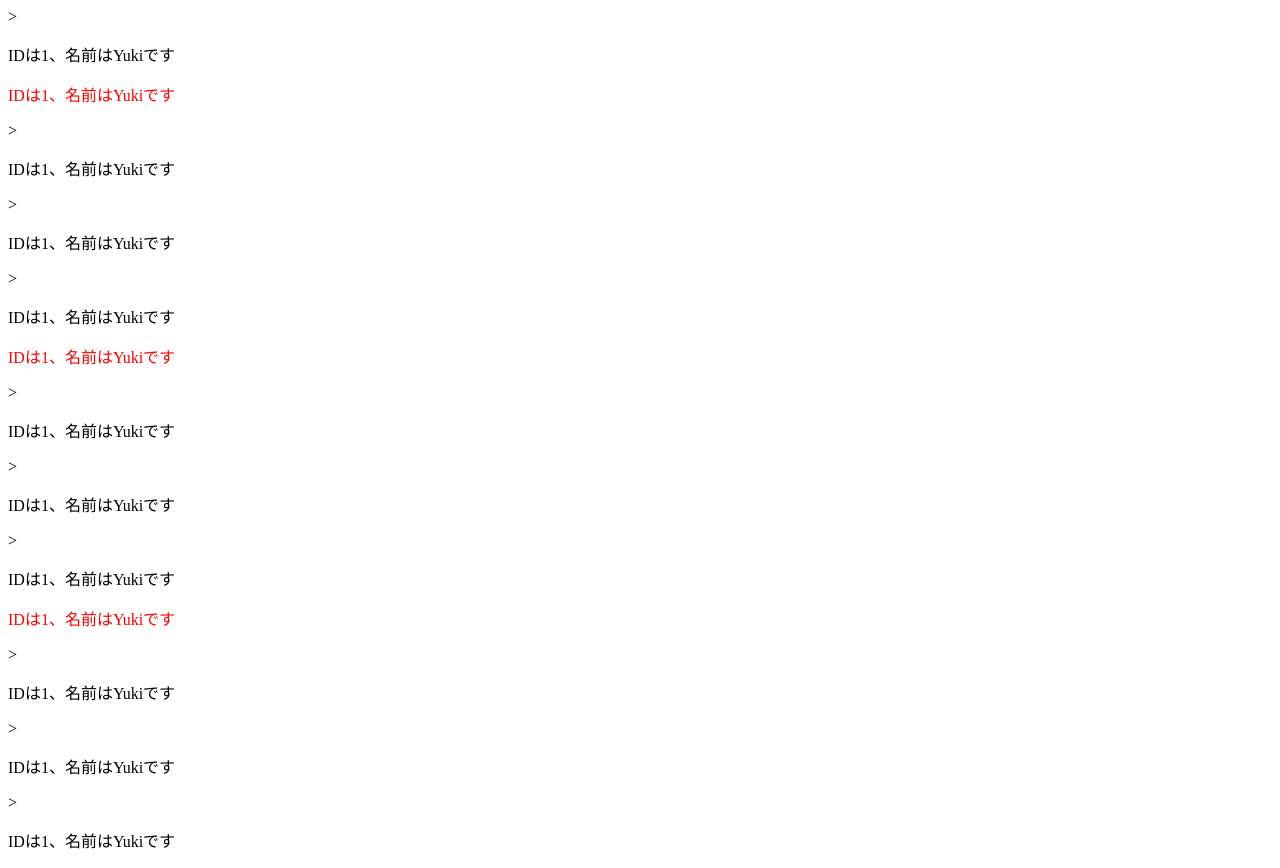
Repository: sakku-14/sukkiri_servlet
Page: http://localhost/lucky/ex.jsp
An editor plug-in stored every save of this project. The page is shown before and after the next save, followed by the edit.
The browser window is 1280 px wide. The pictures show the whole page.
The page is served by Tomcat 9. Other server files are loaded and not shown.

Above is the page before, as saved 2021-10-17 23:16:32.

### lucky/src/main/webapp/ex.jsp
<%@page import="ex.Employee"%>
<%@ page language="java" contentType="text/html; charset=UTF-8"
    pageEncoding="UTF-8"%>

<%
	Employee emp = new Employee("1", "Yuki");
%>

<!DOCTYPE html>
<html>
<head>
<meta charset="UTF-8">
<title>Insert title here</title>
</head>
<body>
<% for(int i = 0; i < 10; i++) { %>
<% if (i % 3 == 1) { %>
<p style="color:red;">IDは<%= emp.getId() %>、名前は<%= emp.getName() %>です</p>
<% } %>>
<p>IDは<%= emp.getId() %>、名前は<%= emp.getName() %>です</p>
<% } %>
</body>
</html>

### lucky/src/main/java/ex/Employee.java
package ex;

public class Employee {
	private String id;
	private String name;
	public Employee(String id, String name) {
		this.id = id;
		this.name = name;
	}
	public String getId() {return id;}
	public String getName() {return name;}
}

After the next save:
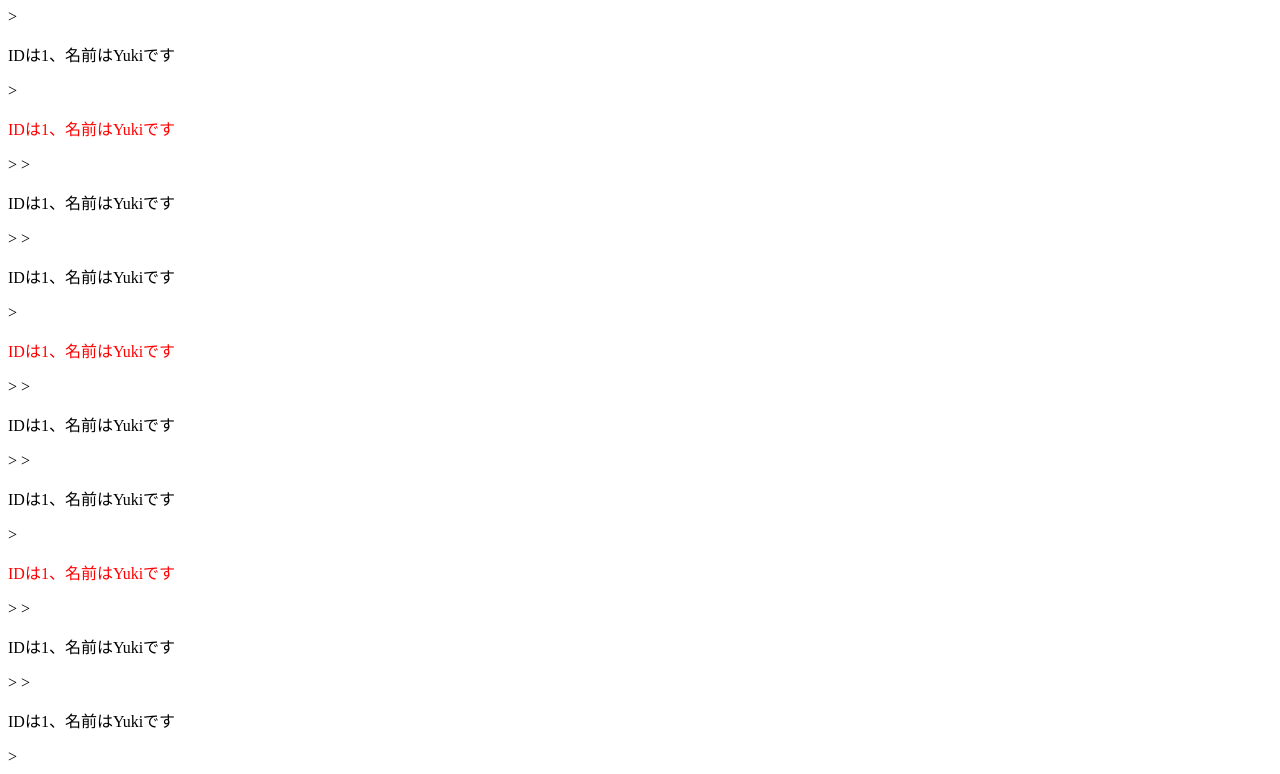
Saved 17 s later.
--- a/lucky/src/main/webapp/ex.jsp
+++ b/lucky/src/main/webapp/ex.jsp
@@ -16,8 +16,9 @@
 <% for(int i = 0; i < 10; i++) { %>
 <% if (i % 3 == 1) { %>
 <p style="color:red;">IDは<%= emp.getId() %>、名前は<%= emp.getName() %>です</p>
+<% } else {%>>
+<p>IDは<%= emp.getId() %>、名前は<%= emp.getName() %>です</p>
 <% } %>>
-<p>IDは<%= emp.getId() %>、名前は<%= emp.getName() %>です</p>
 <% } %>
 </body>
 </html>
